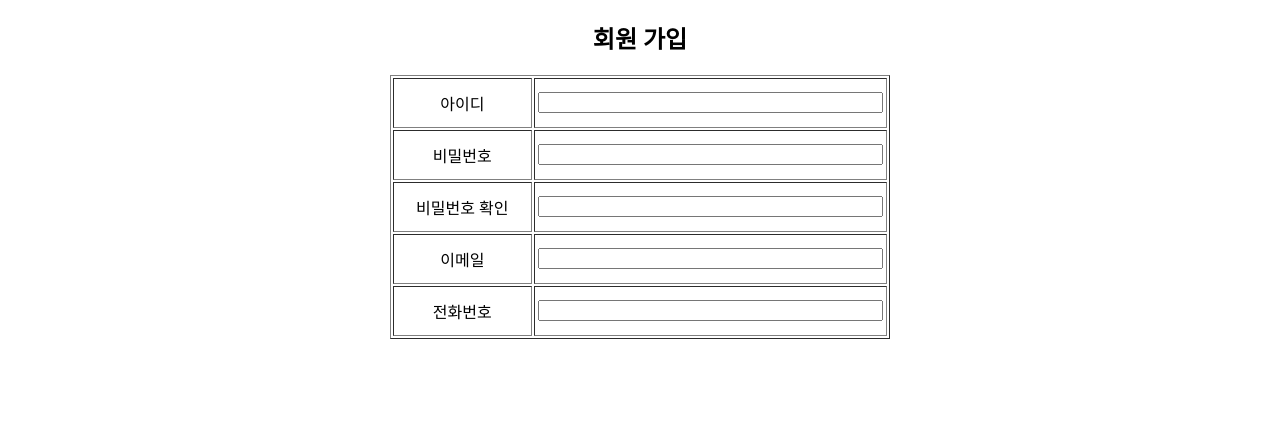
Repository: SuperHamzzi/JSPStudy
Page: http://localhost/JSP01/RequestJoin.jsp
An editor plug-in stored every save of this project. The page is shown before and after the next save, followed by the edit.
The browser window is 1280 px wide. The pictures show the whole page.
The page is served by Tomcat 9.

Above is the page before, as saved 2023-06-04 09:56:36.

After the next save:
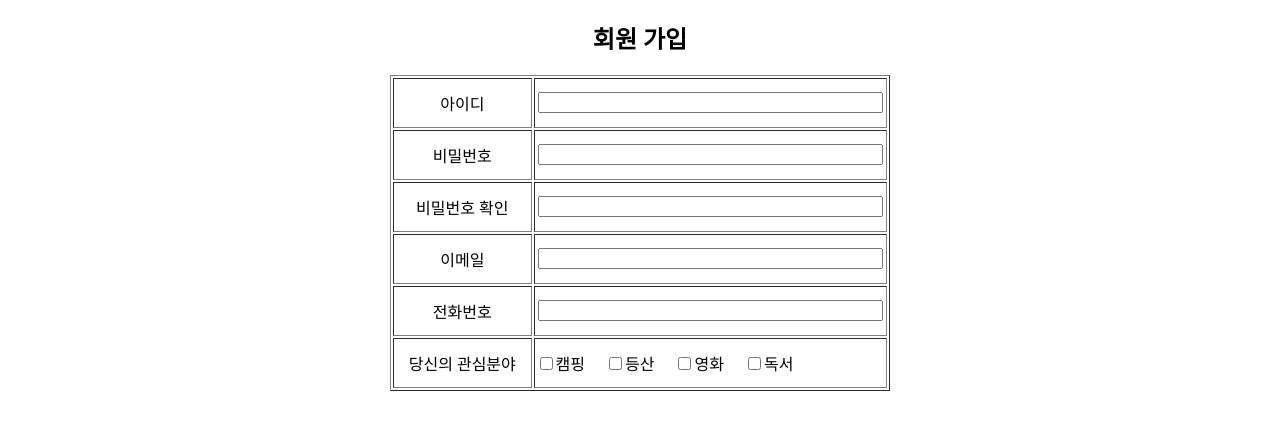
Saved 66 min 39 s later.
--- a/JSP01/WebContent/RequestJoin.jsp
+++ b/JSP01/WebContent/RequestJoin.jsp
@@ -42,6 +42,15 @@
 		<input type="tell"  name="id" size="40">
 		</td>
 	</tr>
+	<tr height="50">
+		<td width="150" align="center">당신의 관심분야</td>
+		<td width="350" align="cenfter">
+		<input type="checkbox" name="hobby" value="캠핑">캠핑 &nbsp; &nbsp;
+		<input type="checkbox" name="hobby" value="등산">등산 &nbsp; &nbsp;
+		<input type="checkbox" name="hobby" value="영화">영화 &nbsp; &nbsp;
+		<input type="checkbox" name="hobby" value="독서">독서 &nbsp; &nbsp;
+		</td>
+	</tr>
 	</table>
 	</form>
 	</center>
